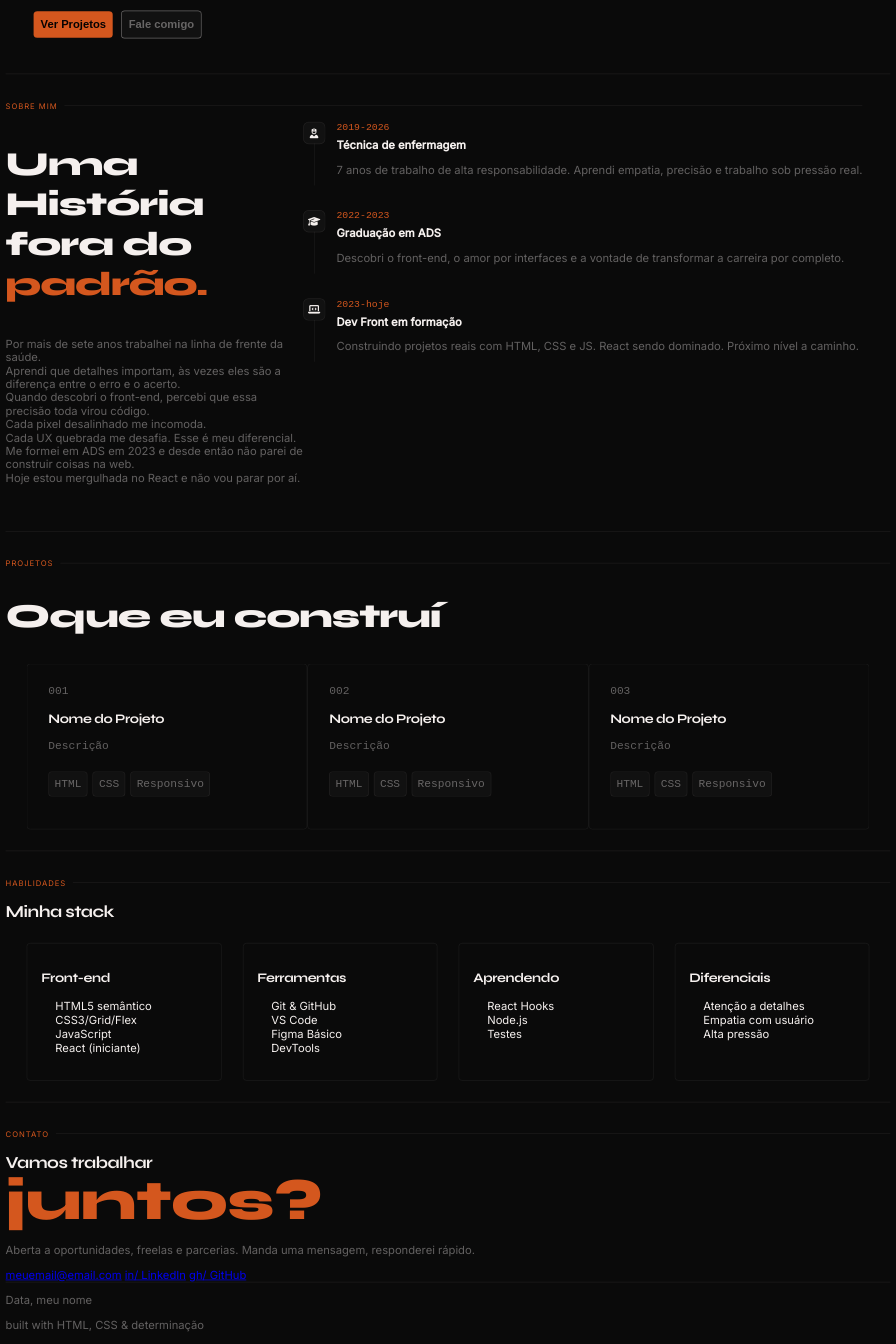
Repository: Bitroia/Portifolio
Page: index.html
An editor plug-in stored every save of this project. The page is shown before and after the next save, followed by the edit.
The browser window is 1280 px wide. The pictures show the part of the page from y = 710 to 2630 px (the page is 2630 px tall before and 2591 px after), at 70% of full size.
Some web fonts or font styles are not loaded; a fallback is used.

Above is the page before, as saved 2026-04-30 19:17:26.

After the next save:
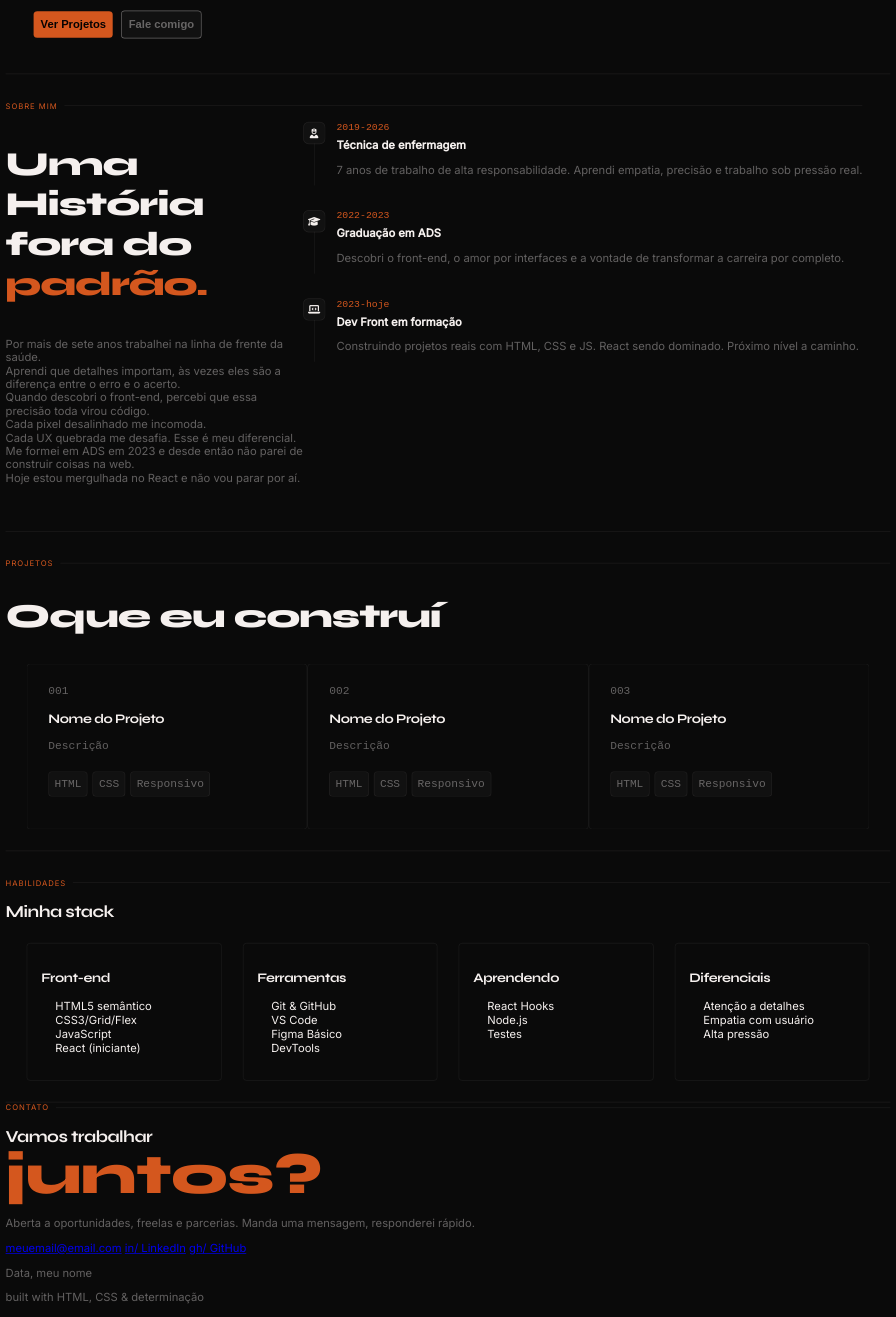
Saved 6 s later.
--- a/styles/style.css
+++ b/styles/style.css
@@ -483,7 +483,7 @@
   padding-left: 20px;
 }
 
-
+.sta
 
 #go-to-work-section {
   margin-top: 3%;

After the 5 saves that followed:
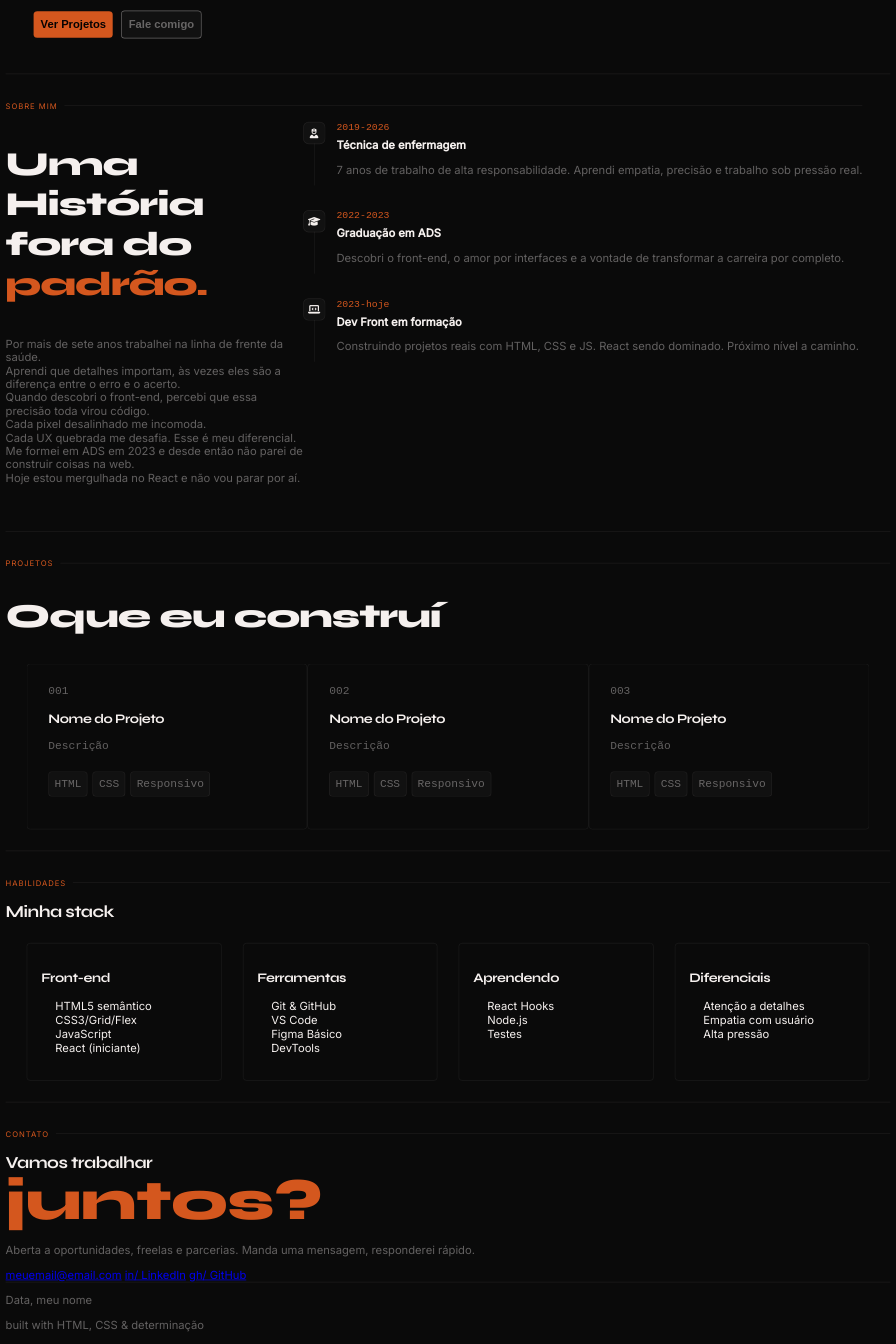
The 5 saves are shown as one change because 1 left the picture as it was and some came seconds apart.
The last was saved 17 s later.
--- a/styles/style.css
+++ b/styles/style.css
@@ -483,7 +483,9 @@
   padding-left: 20px;
 }
 
-.sta
+.stack-ul li::before{
+
+}
 
 #go-to-work-section {
   margin-top: 3%;
